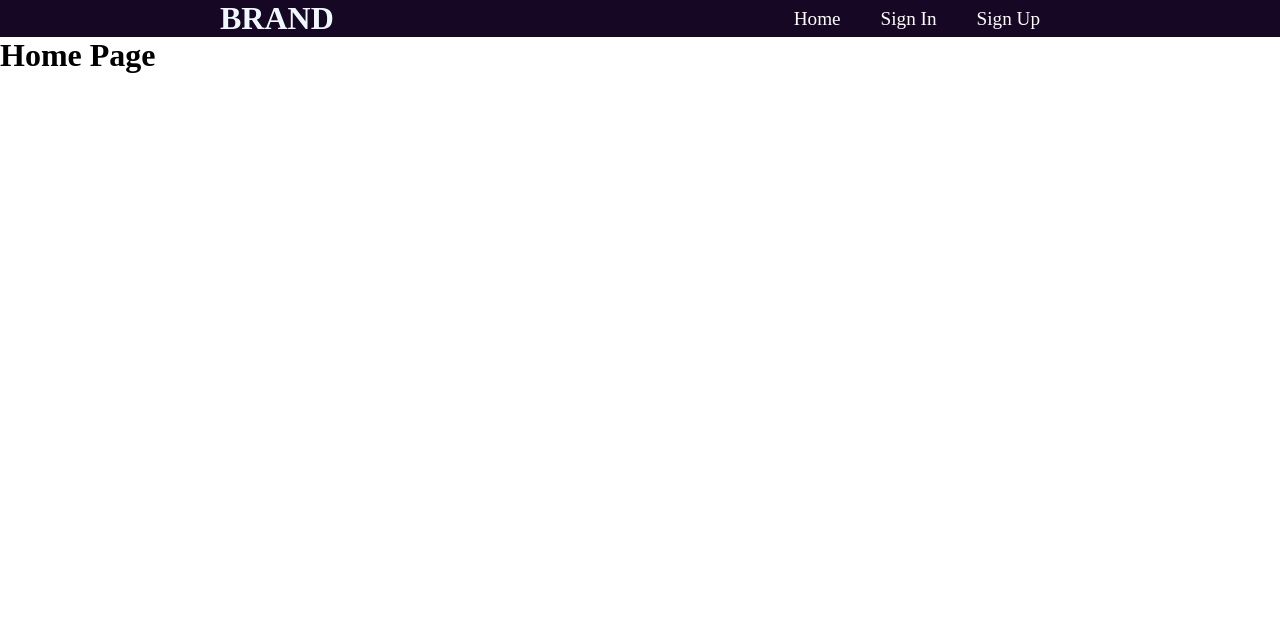
Repository: code-mtaani/ojwang-frontend
Page: /
An editor plug-in stored every save of this project. The page is shown before and after a run of saves, followed by the edit.
The browser window is 1280 px wide. The pictures show the whole page.
The project was rebuilt for these pictures with package versions that can differ from the ones it lists, and the page was loaded fresh each time. Also part of the build but not shown: vite.config.ts, src/Pages/SignIn/SignIn.pages.tsx, src/Pages/SignUp/SignUp.pages.tsx.

Above is the page before, as saved 2023-02-01 10:34:21.

After the next 3 saves:
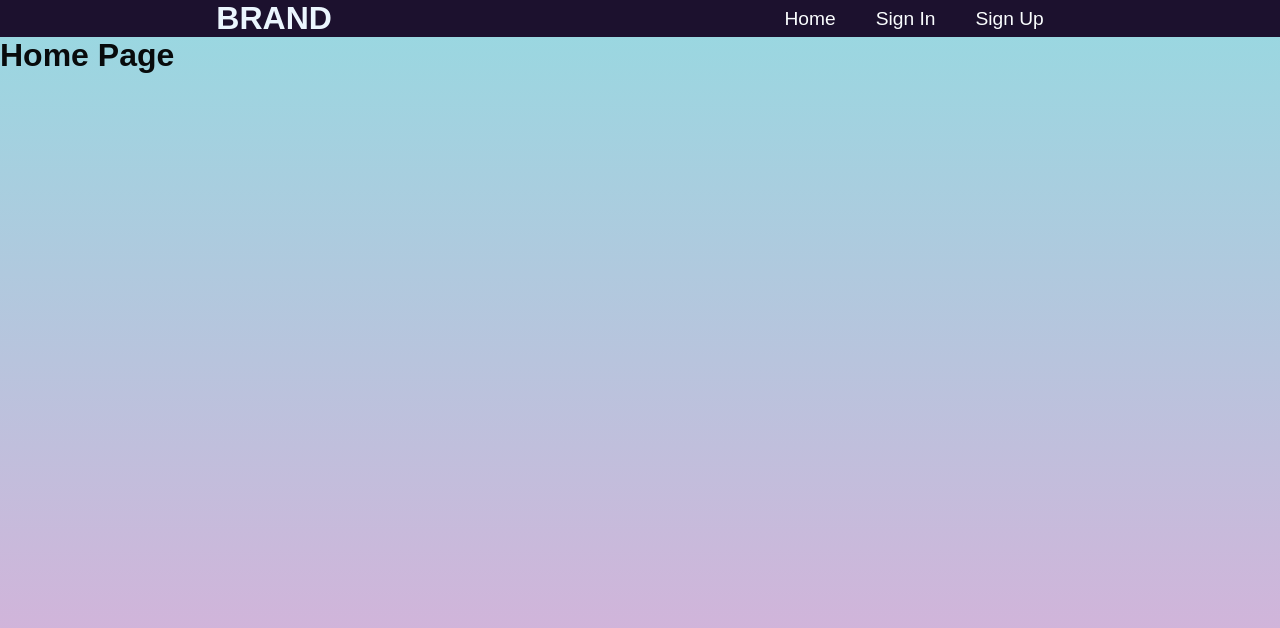
The 3 saves are shown as one change because they came seconds apart.
The last was saved 19 s later.
--- a/src/Pages/SignUp/Signup.css
+++ b/src/Pages/SignUp/Signup.css
@@ -7,7 +7,18 @@
 /* End Global rules */
 
 /* Start body rules */
+body {
+    background-image: linear-gradient(-225deg, #E3FDF5 0%, #FFE6FA 100%);
+background-image: linear-gradient(to top, #a8edea 0%, #fed6e3 100%);
+background-attachment: fixed;
+  background-repeat: no-repeat;
 
+    font-family: 'Vibur', cursive;
+/*   the main font */
+    font-family: 'Abel', sans-serif;
+opacity: .95;
+background-image: linear-gradient(to top, #d9afd9 0%, #97d9e1 100%);
+}
 
 
 
